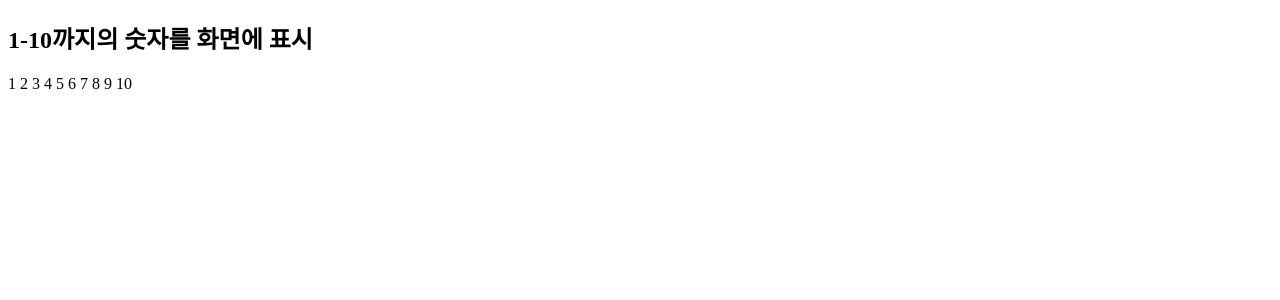
Repository: kdw1437/CreateBoardProject
Page: http://localhost/JSP2/Count10.jsp
The author's editor kept a copy of each file at every save. The page is drawn from the files as they stood at one save, then again after the next save.
The browser window is 1280 px wide. The pictures show the whole page.
The page is served by Tomcat 9.

Above is the page before, as saved 2024-08-05 07:34:05.

### JSP2/src/main/webapp/Count10.jsp
<%@ page language="java" contentType="text/html; charset=EUC-KR"
    pageEncoding="EUC-KR"%>
<!DOCTYPE html>
<html>
<head>
<meta charset="EUC-KR">
<title>Insert title here</title>
</head>
<body>

<h2> 1-10까지의 숫자를 화면에 표시</h2>


<%
	//스크립트릿과 표현식
	//1부터 10까지의 숫자를 화면에 출력하시오.
	for (int i = 1; i < 11; i++){
%>
	<%= i %>
<%
	}

%>

</body>
</html>

After the next save:
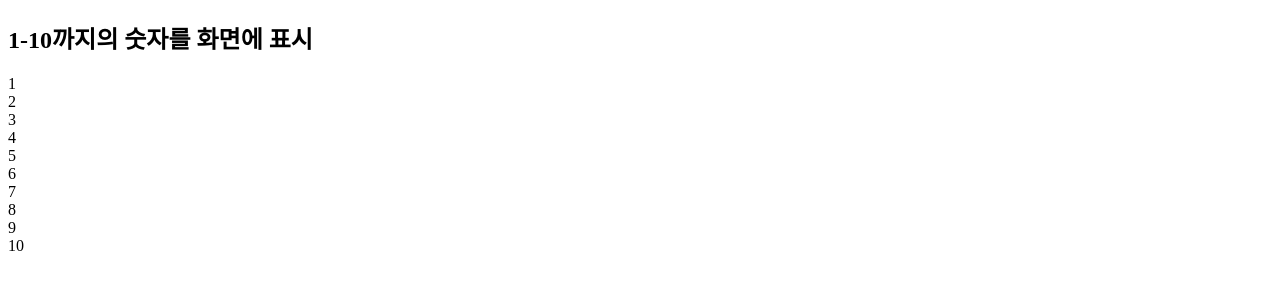
Saved 79 s later.
--- a/JSP2/src/main/webapp/Count10.jsp
+++ b/JSP2/src/main/webapp/Count10.jsp
@@ -16,7 +16,7 @@
 	//1부터 10까지의 숫자를 화면에 출력하시오.
 	for (int i = 1; i < 11; i++){
 %>
-	<%= i %>
+	<%= i %><br>
 <%
 	}
 
